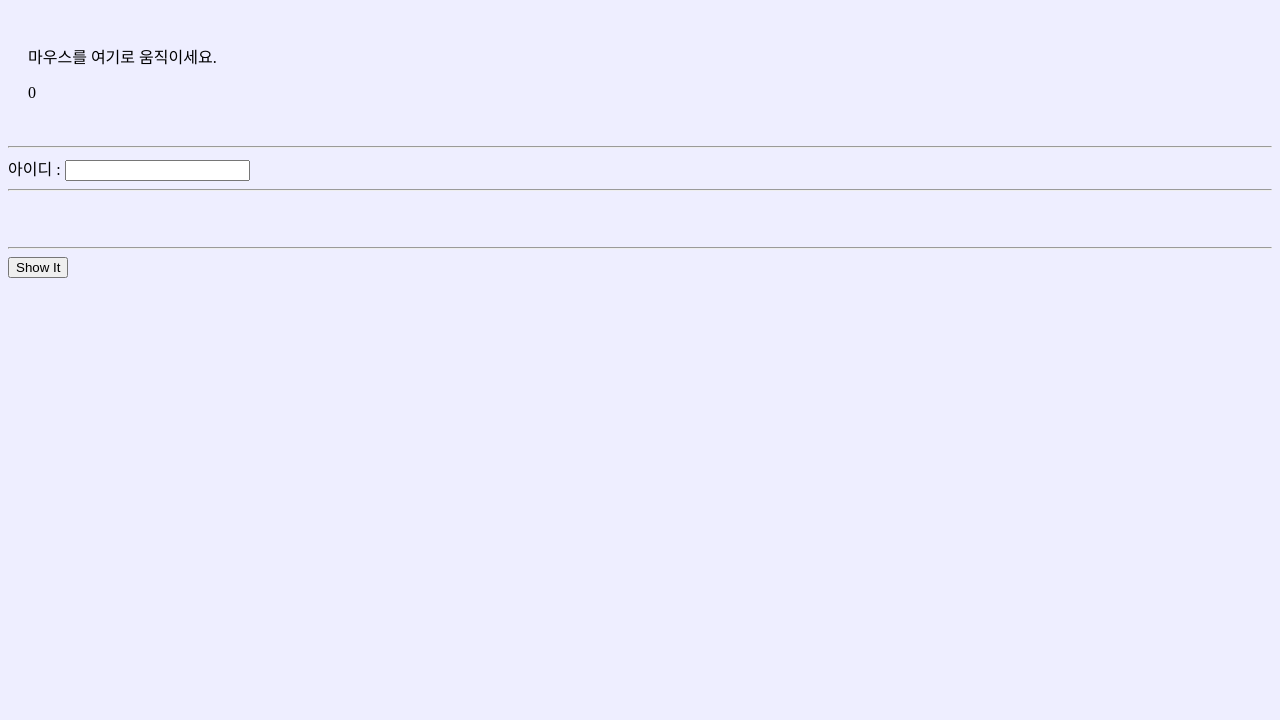
Repository: gpqls12321/public
Page: javascript_jquery/WebContent/jQuery_ex02.html
An editor plug-in stored every save of this project. The page is shown before and after the next save, followed by the edit.
The browser window is 1280 px wide. The pictures show the whole page.

Above is the page before, as saved 2021-04-15 02:31:53.

After the next save:
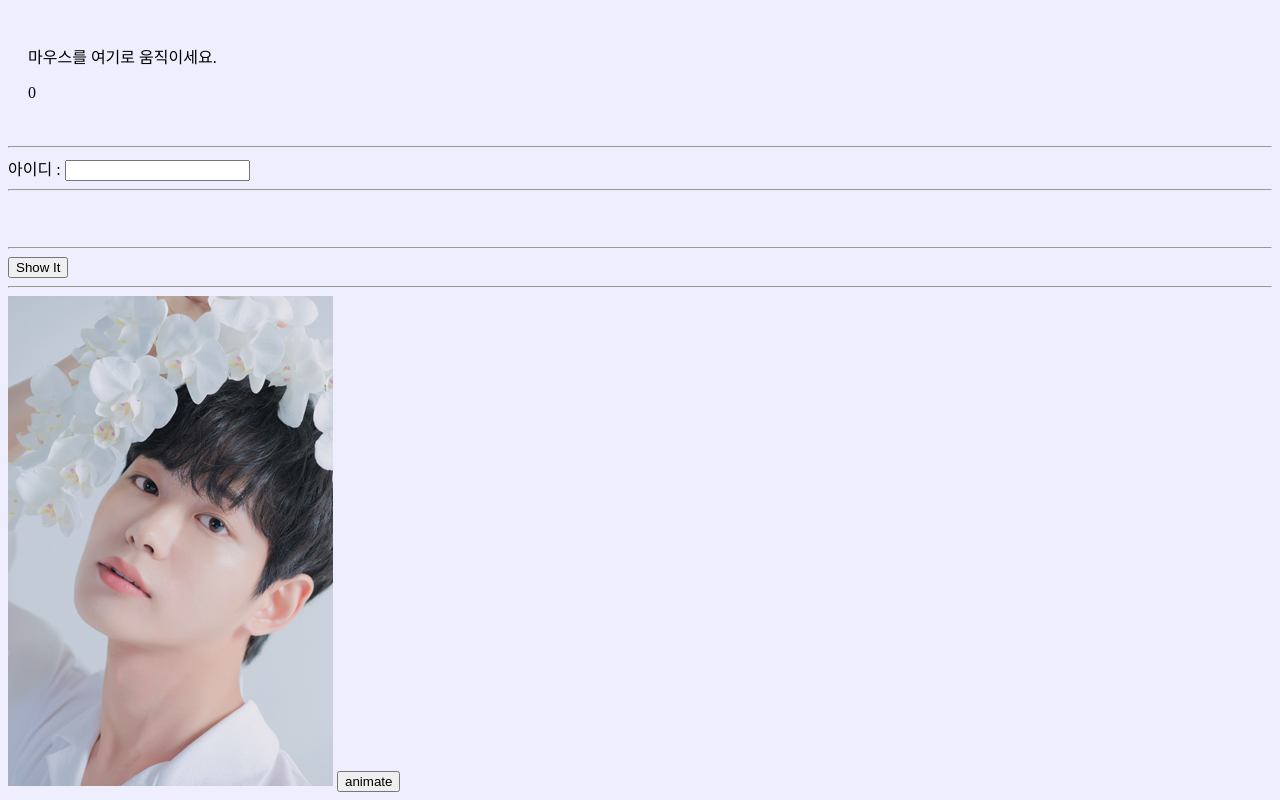
Saved 3 min 37 s later.
--- a/javascript_jquery/WebContent/jQuery_ex02.html
+++ b/javascript_jquery/WebContent/jQuery_ex02.html
@@ -38,6 +38,12 @@
 		$("button").click(function() {
 			$("#lee").show("slow");
 		});
+
+		$("#animate").click(function() {
+			$("#ani_lee").animate({
+				left : "100px"
+			});
+		});
 	});
 </script>
 </head>
@@ -54,5 +60,8 @@
 	<hr>
 	<button>Show It</button>
 	<img id="lee" alt="이세진" src="images/이세진.jpg" style="display: none;" width="325px;" height="490px;">
+	<hr>
+	<img id="ani_lee" alt="이세진" src="images/이세진.jpg" style="position: relative;" width="325px;" height="490px;">
+	<button id="animate">animate</button>
 </body>
 </html>
